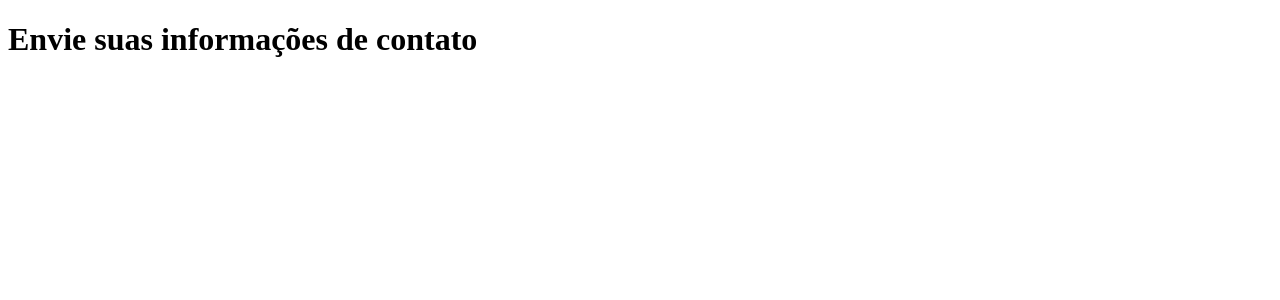
Repository: NicholasMaestrello/treinamento-impacta
Page: DesenvolvimentoJava/Modulo06/02_EmpresaRH/WebContent/trabalhe_conosco.html
These files come from the project's save history. The page is drawn as it stood at one moment and after the next save; the edit follows.
The browser window is 1280 px wide. The pictures show the whole page.

Above is the page before, as saved 2017-10-23 18:32:17.

After the next save:
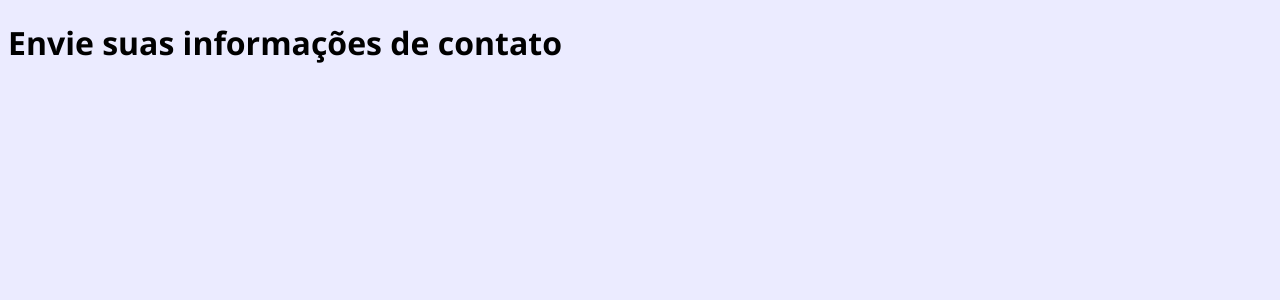
Saved 113 s later.
--- a/DesenvolvimentoJava/Modulo06/02_EmpresaRH/WebContent/trabalhe_conosco.html
+++ b/DesenvolvimentoJava/Modulo06/02_EmpresaRH/WebContent/trabalhe_conosco.html
@@ -4,8 +4,12 @@
 <meta charset="UTF-8" />
 <meta name="viewport" content="width=device-width, initial-scale=1.0" />
 <title>trabalhe conosco</title>
+<link href="css/estilo.css" rel="stylesheet">
+<link href="css/menu.css" rel="stylesheet">
 </head>
 <body>
 	<h1>Envie suas informações de contato</h1>
+	<div class="row">
+	</div>
 </body>
 </html>
